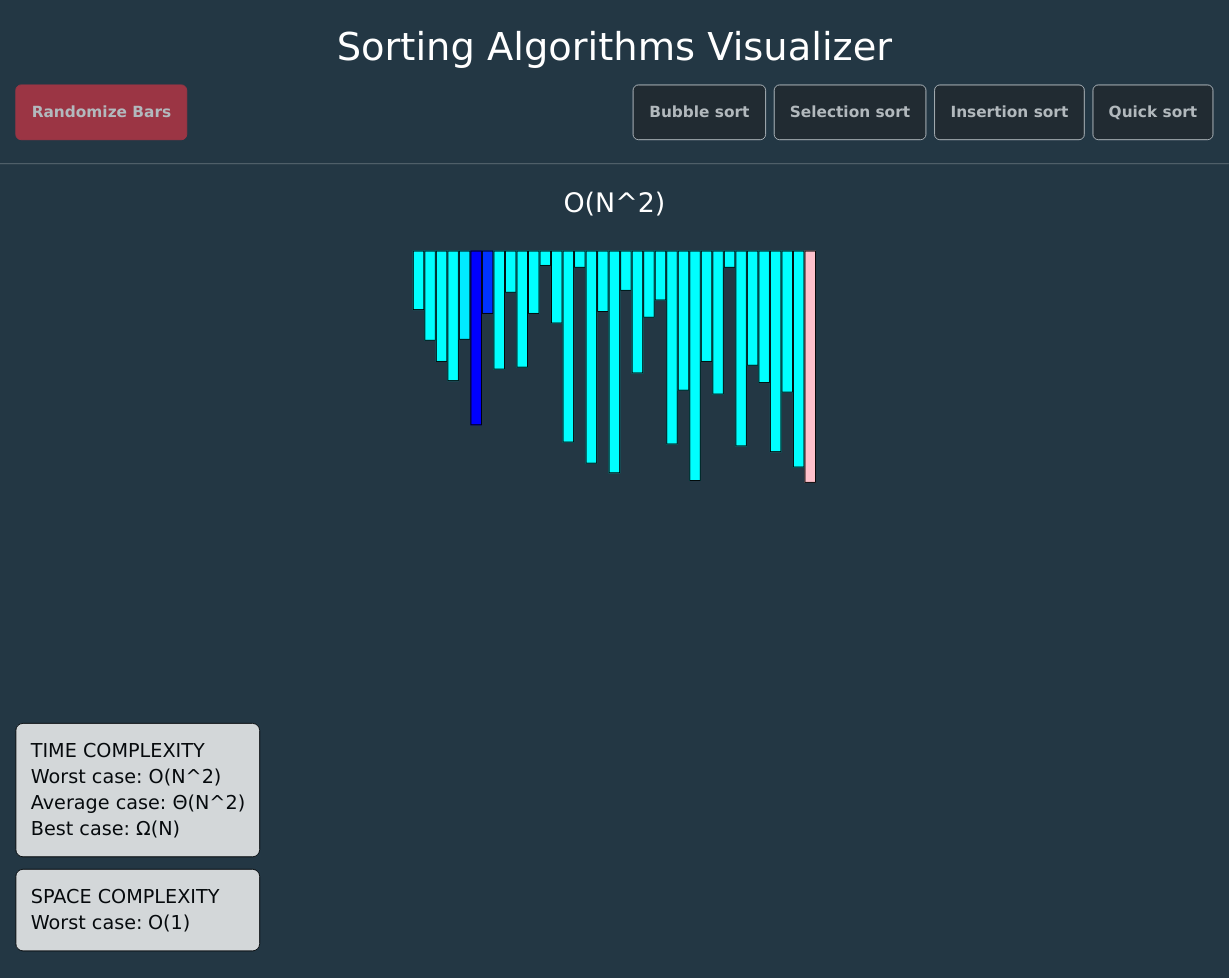
Repository: Vasil1001/Sorting-Algorithms-Visualizer-js
Page: views/index.html
These files come from the project's save history. The page is drawn as it stood at one moment and after a run of saves; the edit follows.
The browser window is 1280 px wide. The pictures show the whole page, at 96% of full size.
After loading, the first visible `#bubble_sort` was clicked once.

Above is the page before, as saved 2022-11-04 01:34:34.

### views/index.html
<!doctype html>
<html lang="en">

<head>
  <meta charset="utf-8">
  <meta name="viewport" content="width=device-width, initial-scale=1">

  <title>Sorting Algorithms Visualizer</title>

  <!-- Import css & bootstrap-->
  <link href="https://cdn.jsdelivr.net/npm/bootstrap@5.2.2/dist/css/bootstrap.min.css" rel="stylesheet"
    integrity="sha384-Zenh87qX5JnK2Jl0vWa8Ck2rdkQ2Bzep5IDxbcnCeuOxjzrPF/et3URy9Bv1WTRi" crossorigin="anonymous">
  <link rel="stylesheet" href="/css/base.css">

</head>

<body>

  <h1 align="center" class="mt-4">Sorting Algorithms Visualizer</h1>

  <nav class="navbar navbar-expand-lg">

    <div class="container-fluid">
      <button type="button" class="btn btn-danger mx-1 p-3 " id="new_array" style="color: white;"><b>Randomize Bars </b>
      </button>
      <ul class="navbar-nav">
        <li class="nav-item">
          <button type="button" class="btn btn-dark border-light mx-1 p-3 " id="bubble_sort"
            style="color: white;"><b>Bubble sort</b> </button>
        </li>
        <li class="nav-item">
          <button type="button" class="btn btn-dark border-light mx-1 p-3 " id="selection_sort"
            style="color: rgb(255, 255, 255);">
            <b>Selection sort</b></button>
        </li>
        <li class="nav-item">
          <button type="button" class="btn btn-dark border-light mx-1 p-3 " id="insertion_sort" style="color: white;">
            <b>Insertion sort</b></button>
        </li>
        <li class="nav-item">
          <button type="button" class="btn btn-dark border-light mx-1 p-3 " id="quick_sort" style="color: white;">
            <b>Quick sort</b></button>
        </li>

      </ul>
    </div>
  </nav>

  <hr style="color: white;">

  <h3 align="center" class="mt-4" id="algorithm_running"></h1>

  <div id="bars" class="bars flex-container p-4"></div>

  <div id="boxes">

    <div id="leftbox">
      <div id="box1">
        <h5>TIME COMPLEXITY</h5>
        <div>
          <h5>Worst case: </h5>
          <h5 id="worst_time"></h5>
        </div>
        <div>
          <h5>Average case: </h5>
          <h5 id="average_time"></h5>
        </div>
        <div>
          <h5>Best case: </h5>
          <h5 id="best_time"></h5>
        </div>

      </div>

      <div id="box2">

        <h5>SPACE COMPLEXITY</h5>
        <div>
          <h5>Worst case:</h5>
          <h5 id="space_complexity"></h5>
        </div>
      </div>
    </div>

  </div>


  <!-- Import css & bootstrap-->
  <script src="https://cdn.jsdelivr.net/npm/bootstrap@5.2.2/dist/js/bootstrap.bundle.min.js"
    integrity="sha384-OERcA2EqjJCMA+/3y+gxIOqMEjwtxJY7qPCqsdltbNJuaOe923+mo//f6V8Qbsw3"
    crossorigin="anonymous"></script>

  <script src="/sort_algos_js_files/index.js"></script>

  <script src="/sort_algos_js_files/bubble.js"></script>
  <script src="/sort_algos_js_files/selection.js"></script>
  <script src="/sort_algos_js_files/insertion.js"></script>
  <script src="/sort_algos_js_files/quicksort.js"></script>


</body>

</html>

### css/base.css
body {
    background-color: rgb(35, 55, 68);
    color:white;
    font-size: 18px;
    font-family: 'Lucida Sans', 'Lucida Sans Regular', 'Lucida Grande', 'Lucida Sans Unicode', Geneva, Verdana, sans-serif;
}

.flex-container{
    margin-top: 1px;
    display: flex;
    flex-wrap: nowrap;
    justify-content: center;
    transition: 1.5s all ease;
    width: 100%;
    height: 500px;

}

/* STYLING FOR THE BARS */
.flex-item{
    background: rgb(0, 255, 251);
    border: 1pt solid black;
    width: 12px;
    transition: 0.1s all ease;
}

#leftbox {
    float:left;
    color: black;
    padding: 16px;
}

#box1, #box2 {
    background:white;
    opacity: 0.8;
    border: 1pt solid black;
    border-radius: 8px;
    padding: 15px;
    margin-bottom: 12px;
}

h5 {
    display: inline;
}

### sort_algos_js_files/index.js
let random_array_100 = [];
createBarArray();

function createBarArray() {
    // replace array
    deletePreviousArray()

    // Array to store randomly generated numbers
    random_array_100 = [];
    var numberOfBars = 0;
    let l = 35;

    // get a random number and add it to the array until there are 100 in array
    for (numberOfBars = 0; numberOfBars < l; numberOfBars++) {
        random_array_100.push(Math.round(Math.random() * l * 3.5));
    }
    // print 100 random numbers of the array
    console.log(random_array_100);


    // select the div #bars element
    const bars = document.querySelector("#bars");
    // make bars with height from random array numbers
    for (let i = 0; i < random_array_100.length; i++) {
        // create div bar for each number in the array
        const bar = document.createElement("div");
        bar.style.height = `${random_array_100[i] * 2}px`;
        bar.classList.add('bar');
        bar.classList.add('flex-item');
        bar.classList.add(`barNo${i}`);
        bars.appendChild(bar);
    }
}

function deletePreviousArray() {
    const bar = document.querySelector("#bars");
    bar.innerHTML = '';
}

document.getElementById("new_array").addEventListener("click", function () {
    createBarArray();
});

function swap(element1, element2) {
    //https://www.geeksforgeeks.org/bubble-sort/
    let temp = element1.style.height;
    element1.style.height = element2.style.height;
    element2.style.height = temp;
}

// disable all the buttons or if button is pressed again algo will bug out
function disableButtonsOnSortRun() {
    document.getElementById("new_array").disabled = true;

    document.getElementById("bubble_sort").disabled = true;
    document.getElementById("selection_sort").disabled = true;
    document.getElementById("insertion_sort").disabled = true;
    document.getElementById("quick_sort").disabled = true;
}

function enableButtonsAfterSortRun() {
    document.getElementById("new_array").disabled = false;

    document.getElementById("bubble_sort").disabled = false;
    document.getElementById("selection_sort").disabled = false;
    document.getElementById("insertion_sort").disabled = false;
    document.getElementById("quick_sort").disabled = false;
}

### sort_algos_js_files/bubble.js
async function bubbleSort() {

    // Algo name
    document.getElementById("algorithm_running").innerText = "O(N^2)";

    //Setting Time complexities
    document.getElementById("worst_time").innerText = "O(N^2)";
    document.getElementById("average_time").innerText = "Θ(N^2)";
    document.getElementById("best_time").innerText = "Ω(N)";

    //Setting Space complexity
    document.getElementById("space_complexity").innerText = "O(1)";

    console.log('bubble sort clicked');
    // get the bars from index
    const barsArray = document.querySelectorAll(".bar");

    for (let i = 0; i < barsArray.length - 1; i++) {
        console.log("In first i loop");

        for (j = 0; j < barsArray.length - i - 1; j++) {
            console.log("In j loop");
            barsArray[j].style.background = 'blue';
            barsArray[j + 1].style.background = 'blue';

            if (parseInt(barsArray[j].style.height) > parseInt(barsArray[j + 1].style.height)) {
                console.log("If barsArray 1 > barsArray 2 swap them");
                await new Promise(r => setTimeout(r, 50));
                swap(barsArray[j], barsArray[j + 1]);
            }
            barsArray[j].style.background = 'cyan';
            barsArray[j + 1].style.background = 'cyan';
        }
        barsArray[barsArray.length - 1 - i].style.background = 'pink';
    }
    barsArray[0].style.background = 'pink';
}


document.getElementById("bubble_sort").addEventListener("click", async function () {
    disableButtonsOnSortRun();
    await bubbleSort();
    enableButtonsAfterSortRun();

});

### sort_algos_js_files/selection.js
async function selectionSort() {

    //Setting Time complexities
    document.getElementById("worst_time").innerText = "O(N^2)";
    document.getElementById("average_time").innerText = "Θ(N^2)";
    document.getElementById("best_time").innerText = "Ω(N^2)";

    //Setting Space complexity
    document.getElementById("space_complexity").innerText = "O(1)";

    console.log('bubble sort clicked');
    // get the bars from index
    const barsArray = document.querySelectorAll(".bar");

    // One by one move boundary of unsorted subarray
    for (let i = 0; i < barsArray.length; i++) {
        console.log("In first i loop");
        // Find the minimum barsArray in unsorted array
        let min_idx = i;
        //mark the smallest height in blue bar
        barsArray[i].style.background = 'blue';

        for (let j = i + 1; j < barsArray.length; j++) {
            console.log("In j loop");
            // Change color for the current comparision (in consideration for min_index)
            barsArray[j].style.background = 'red';

            await new Promise(r => setTimeout(r, 50));
            if (parseInt(barsArray[j].style.height) < parseInt(barsArray[min_idx].style.height)) {
                console.log("If barsArray 1 < current smallest barsArray change current smalest");
                if (min_idx !== i) {
                    //  there is a new minimum so change last to normal cyan
                    barsArray[min_idx].style.background = 'cyan';
                }
                min_idx = j;
            }
            else {
                barsArray[j].style.background = 'cyan';
            }
        }
        await new Promise(r => setTimeout(r, 50));
        swap(barsArray[min_idx], barsArray[i]);

        // color mid index blue after reset as it has been swapped
        barsArray[min_idx].style.background = 'cyan';

        // change the sorted bar color to green
        barsArray[i].style.background = 'green';
    }
}


document.getElementById("selection_sort").addEventListener("click", async function () {
    disableButtonsOnSortRun();
    await selectionSort();
    enableButtonsAfterSortRun();

});

### sort_algos_js_files/insertion.js
async function insertionSort() {

    //Setting Time complexities
    document.getElementById("worst_time").innerText = "O(N^2)";
    document.getElementById("average_time").innerText = "Θ(N^2)";
    document.getElementById("best_time").innerText = "Ω(N)";

    //Setting Space complexity
    document.getElementById("space_complexity").innerText = "O(1)";

    console.log('insertion sort clicked');

    // get the bars from index
    const barsArray = document.querySelectorAll(".bar");
    barsArray[0].style.background = 'green';

    for (let i = 1; i < barsArray.length; i++) {
        console.log("In first i loop");

        let key = barsArray[i].style.height;
        let j = i - 1;

        barsArray[i].style.background = 'blue';

        await new Promise(r => setTimeout(r, 50));

        while (j >= 0 && (parseInt(barsArray[j].style.height) > parseInt(key))) {
            console.log("In j loop");
            barsArray[j].style.background = 'blue';
            barsArray[j + 1].style.height = barsArray[j].style.height;
            j--;

            await new Promise(r => setTimeout(r, 50));

            // color sorted side
            for (let k = i; k >= 0; k--) {
                barsArray[k].style.background = 'yellow';
            }
        }
        barsArray[j + 1].style.height = key;
        barsArray[i].style.background = 'yellow';

    }
}


document.getElementById("insertion_sort").addEventListener("click", async function () {
    disableButtonsOnSortRun();
    await insertionSort();
    enableButtonsAfterSortRun();

});

### sort_algos_js_files/quicksort.js
async function quickSort() {

    //Setting Time complexities
    document.getElementById("worst_time").innerText = "O(N^2)";
    document.getElementById("average_time").innerText = "Θ(N log N)";
    document.getElementById("best_time").innerText = "Ω(N log N)";

    //Setting Space complexity
    document.getElementById("space_complexity").innerText = "O(log N)";


    console.log('quicksort clicked');
    // get the bars from index
    const barsArray = document.querySelectorAll(".bar");
    barsArray[0].style.background = 'green';

    let pivot = barsArray
    for (let i = 1; i < barsArray.length; i++) {
        console.log("In first i loop");

        let key = barsArray[i].style.height;
        let j = i - 1;

        barsArray[i].style.background = 'blue';

        await new Promise(r => setTimeout(r, 50));

        while (j >= 0 && (parseInt(barsArray[j].style.height) > parseInt(key))) {
            console.log("In j loop");
            barsArray[j].style.background = 'blue';
            barsArray[j + 1].style.height = barsArray[j].style.height;
            j--;

            await new Promise(r => setTimeout(r, 50));

            // color sorted side
            for (let k = i; k >= 0; k--) {
                barsArray[k].style.background = 'yellow';
            }
        }
        barsArray[j + 1].style.height = key;
        barsArray[i].style.background = 'yellow';

    }
}

async function partition(barsArray, low, high) {
    let i = (low - 1);

    barsArray[high].style.background = 'red';

    for (let j = low; j <= high - 1; j++) {
        barsArray[j].style.background = 'yellow';

        await new Promise(r => setTimeout(r, 50));

        if (parseInt(barsArray[j].style.height) < parseInt(barsArray[high].style.height)) {
            i++;
            swap(barsArray[i], barsArray[j]);

            barsArray[i].style.background = 'orange';
            await new Promise(r => setTimeout(r, 50));
        } else {
            // color if not less than pivot
            barsArray[j].style.background = 'blue';
        }
    }
    i++;
    await new Promise(r => setTimeout(r, 50));
    swap(barsArray[i], barsArray[high])

    barsArray[high].style.background = 'blue';
    barsArray[low].style.background = 'green';

    await new Promise(r => setTimeout(r, 50));

    // color
    for (let k = 0; k < barsArray.length; k++) {
        if (barsArray[k].style.background != 'green')
            barsArray[k].style.background = 'green';
    }
    return i;
}

async function quickSort(barsArray, low, high) {
    if (low < high) {
        let pivot_index = await partition(barsArray, low, high);
        await quickSort(barsArray, low, pivot_index - 1);
        await quickSort(barsArray, pivot_index + 1, high);
    } else {
        if (low >= 0 && high >= 0 && low < barsArray.length && high < barsArray.length) {
            barsArray[high].style.background = 'green';
            barsArray[low].style.background = 'green';
        }
    }
}

document.getElementById("quick_sort").addEventListener("click", async function () {
    let barsArray = document.querySelectorAll('.bar');
    let low = 0;
    let high = barsArray.length - 1;

    disableButtonsOnSortRun();
    await quickSort(barsArray, low, high);
    enableButtonsAfterSortRun();
});

After the next 2 saves:
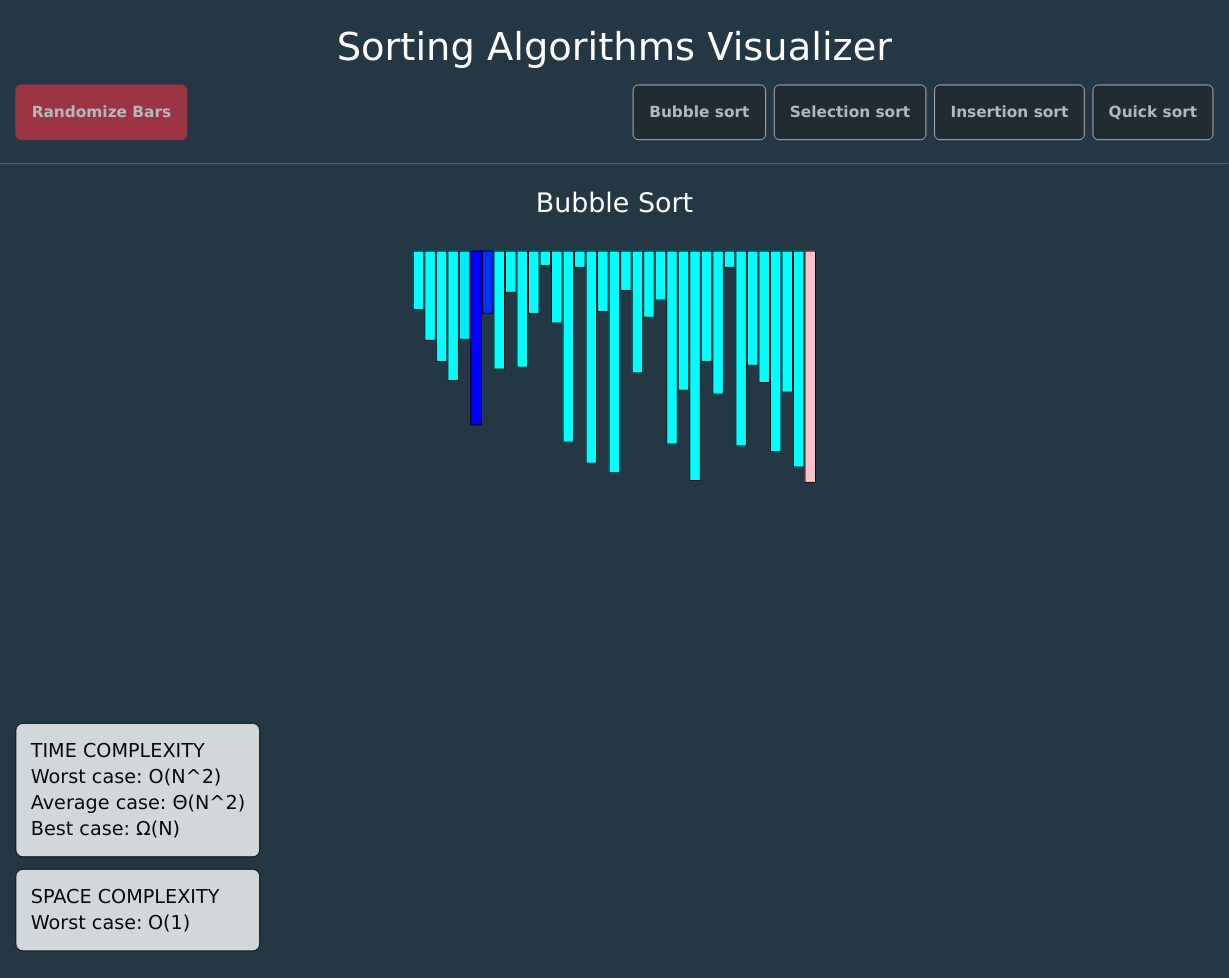
The 2 saves are shown as one change because they came seconds apart.
The last was saved 8 s later.
--- a/sort_algos_js_files/bubble.js
+++ b/sort_algos_js_files/bubble.js
@@ -1,7 +1,7 @@
 async function bubbleSort() {
 
     // Algo name
-    document.getElementById("algorithm_running").innerText = "O(N^2)";
+    document.getElementById("algorithm_running").innerText = "Bubble Sort";
 
     //Setting Time complexities
     document.getElementById("worst_time").innerText = "O(N^2)";
